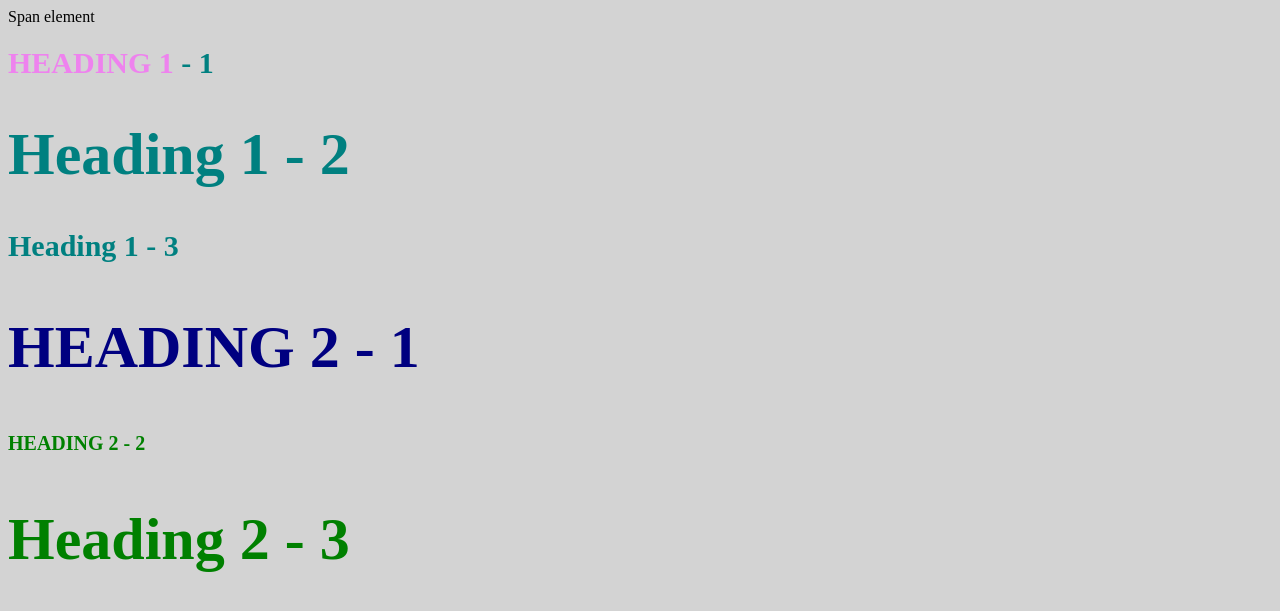
Repository: alcarrizo/Cartoon-Hero
Page: style-test.html
The author's editor kept a copy of each file at every save. The page is drawn from the files as they stood at one save, then again after the next save.
The browser window is 1280 px wide. The pictures show the whole page.

Above is the page before, as saved 2022-10-03 14:27:19.

### style-test.html
<!DOCTYPE html>
<html lang="en">
<head>
    <meta charset="UTF-8">
    <meta http-equiv="X-UA-Compatible" content="IE=edge">
    <meta name="viewport" content="width=device-width, initial-scale=1.0">
    <title>style-test page</title>
    <link rel="stylesheet" href="css/test.css">
</head>
<body>
    <span>Span element</span>
    <h1 class="uppercase"><span>Heading 1</span> - 1</h1>
    <h1 class="big">Heading 1 - 2</h1>
    <h1>Heading 1 - 3</h1>
    <h2 class="big uppercase">Heading 2 - 1</h2>
    <h2 class="uppercase">Heading 2 - 2</h2>
    <h2 class="big">Heading 2 - 3</h2>

</body>
</html>

### css/test.css
body {
    background-color: lightgray;
}

h1 {
    font-size: 30px;
    color: teal;
}

h2 {
    font-size: 20px;
    color: red;
}

h2 {
    color: green;
}

.big {
    font-size: 60px;

}

.uppercase {
    text-transform: uppercase;
}

.big.uppercase {
    color: navy;
}

h1 span {
    color: violet;
}

After the next save:
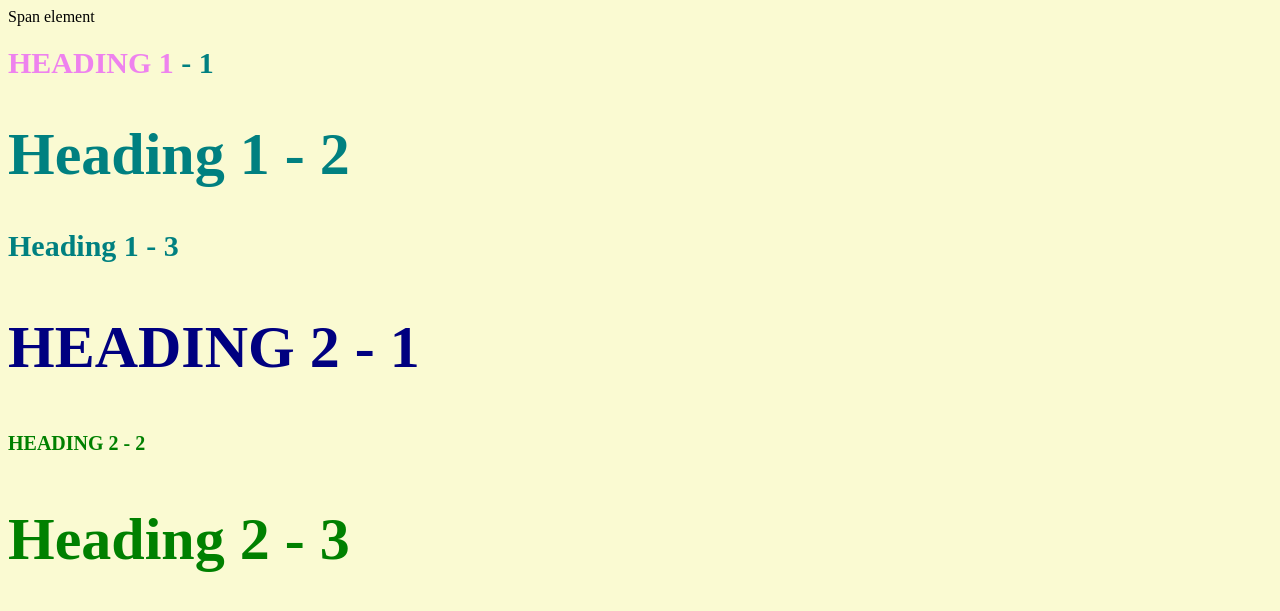
Saved 19 s later.
--- a/css/test.css
+++ b/css/test.css
@@ -1,5 +1,5 @@
 body {
-    background-color: lightgray;
+    background-color: lightgoldenrodyellow;
 }
 
 h1 {
